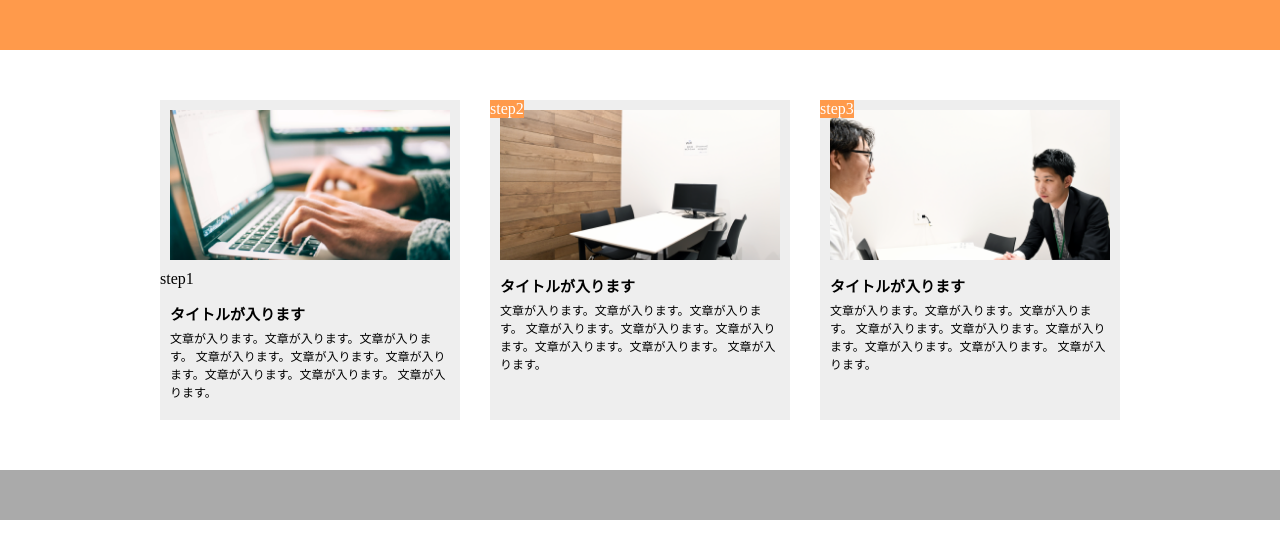
Repository: chihuyu3369/curriculum
Page: chapter9/index.html
The author's editor kept a record of every edit. The page is drawn from the files as they stood at one moment, then again after the next edit.
The browser window is 1280 px wide. The pictures show the whole page.

Above is the page before.

### chapter9/index.html
<!DOCTYPE html>
<html lang="ja">
  <head>
    <meta charset="UTF-8" />
    <!-- CSSファイルの読み込み -->
    <link rel="stylesheet" href="style.css" />
    <title>chapter9</title>
  </head>

  <body>
    <header>
     <div class="header"></div>
    </header>

  <main>
    <div class="main-visual">
      <div class="main-visual-img"></div>
      <span class="step">step1</span>
      <h3 class="title">タイトルが入ります</h3>
      <p class="text">文章が入ります。文章が入ります。文章が入りま<br>す。
      文章が入ります。文章が入ります。文章が入り<br>ます。文章が入ります。文章が入ります。
      文章が入<br>ります。</p>


    </div>


    <div class="main-visual2">
      <div class="main-visual-img2"></div>
      <span class="step-n">step2</span>
      <h3 class="title">タイトルが入ります</h3>
      <p class="text">文章が入ります。文章が入ります。文章が入りま<br>す。
      文章が入ります。文章が入ります。文章が入り<br>ます。文章が入ります。文章が入ります。
      文章が入<br>ります。</p>



    </div>


    <div class="main-visual3">
      <div class="main-visual-img3"></div>
      <span class="step-n">step3</span>
      <h3 class="title">タイトルが入ります</h3>
      <p class="text">文章が入ります。文章が入ります。文章が入りま<br>す。
      文章が入ります。文章が入ります。文章が入り<br>ます。文章が入ります。文章が入ります。
      文章が入<br>ります。</p>




    </div>

  </main>
  <footer>
    <div class="footer"></div>
  </footer>
  </body>
  </html>

### chapter9/style.css
* {
  margin: 0;
  padding: 0;
  box-sizing: border-box;
}

.header {
  width; 100%;
  height: 50px;
  background-color: #FF9A4B;
}

main {
  width: 960px;
  margin: 50px auto;
  display: flex;
}


.main-visual {
  width: 300px;
  height: 320px;
  position: relative;
  background-color: #EEEEEE;
}

.main-visual2 {
  width: 300px;
  height: 320px;
  margin-left: 30px;
   position: relative;
  background-color: #EEEEEE;
}


.main-visual3 {
  width: 300px;
  height: 320px;
  margin-left: 30px;
   position: relative;
  background-color: #EEEEEE;
}



.main-visual-img {
  width: 280px;
  height: 150px;
  margin: 10px;
  background-image: url(img/flow01.png);
  background-size: cover;
  background-position: center;
}

.main-visual-img2 {
  width: 280px;
  height: 150px;
  margin: 10px;
  background-image: url(img/flow02.png);
  background-size: cover;
  background-position: center;
}

.main-visual-img3 {
  width: 280px;
  height: 150px;
  margin: 10px;
  background-image: url(img/flow03.png);
  background-size: cover;
  background-position: center;
}

.step-n {
  position: absolute;
  top: 0;
  left: 0;
  background-color: #FF9A4B;
  color: #fff;
}

.title {
  margin-left: 10px;
  margin-top: 15px;
  font-size: 15px;
}

.text {
  margin-top: 5px;
  margin-left: 10px;
  font-size: 12px;
}


.footer {
  width; 1100px;
  height: 50px;
  background-color: #AAAAAA;
}

After the next edit:
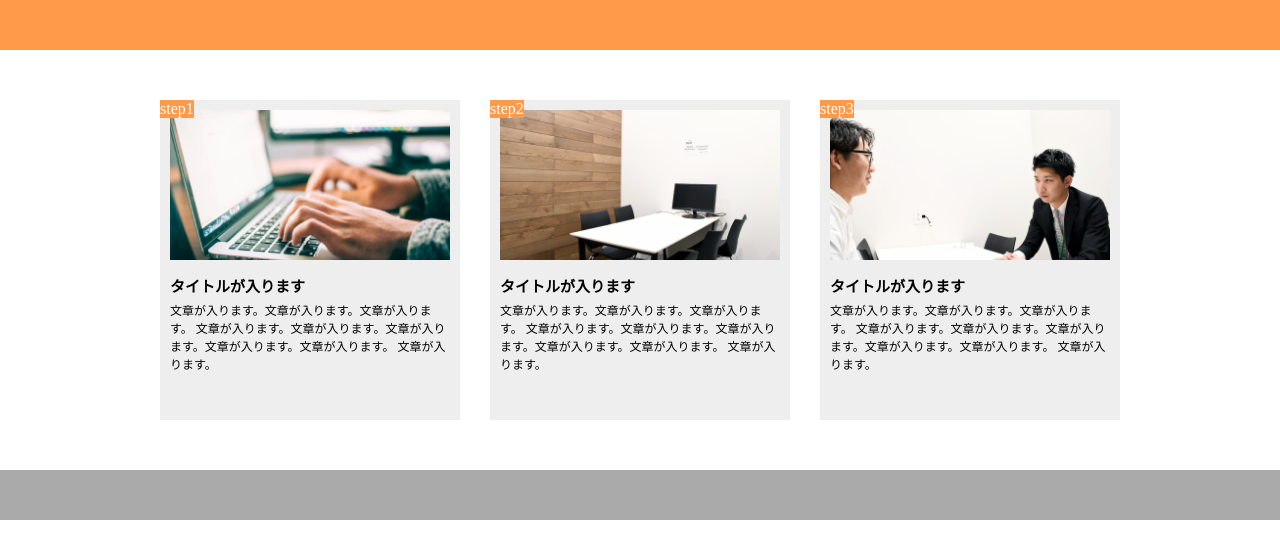
The edit:
--- a/chapter9/index.html
+++ b/chapter9/index.html
@@ -15,7 +15,7 @@
   <main>
     <div class="main-visual">
       <div class="main-visual-img"></div>
-      <span class="step">step1</span>
+      <span class="step-n">step1</span>
       <h3 class="title">タイトルが入ります</h3>
       <p class="text">文章が入ります。文章が入ります。文章が入りま<br>す。
       文章が入ります。文章が入ります。文章が入り<br>ます。文章が入ります。文章が入ります。
